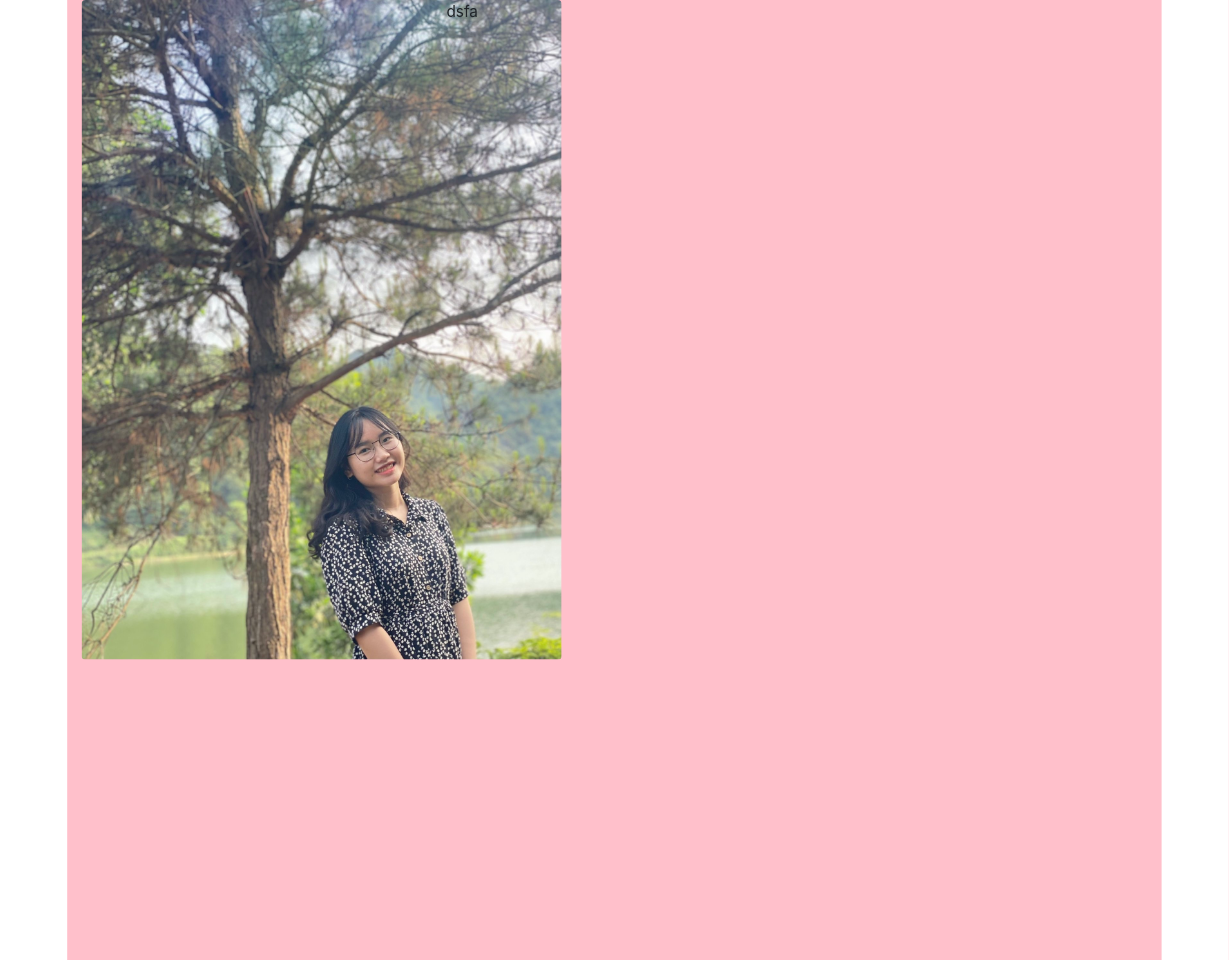
Repository: huyennvo/CSS
Page: CV/index.html
An editor plug-in stored every save of this project. The page is shown before and after the next save, followed by the edit.
The browser window is 1280 px wide. The pictures show the whole page, at 96% of full size.

Above is the page before, as saved 2022-07-18 14:37:31.

After the next save:
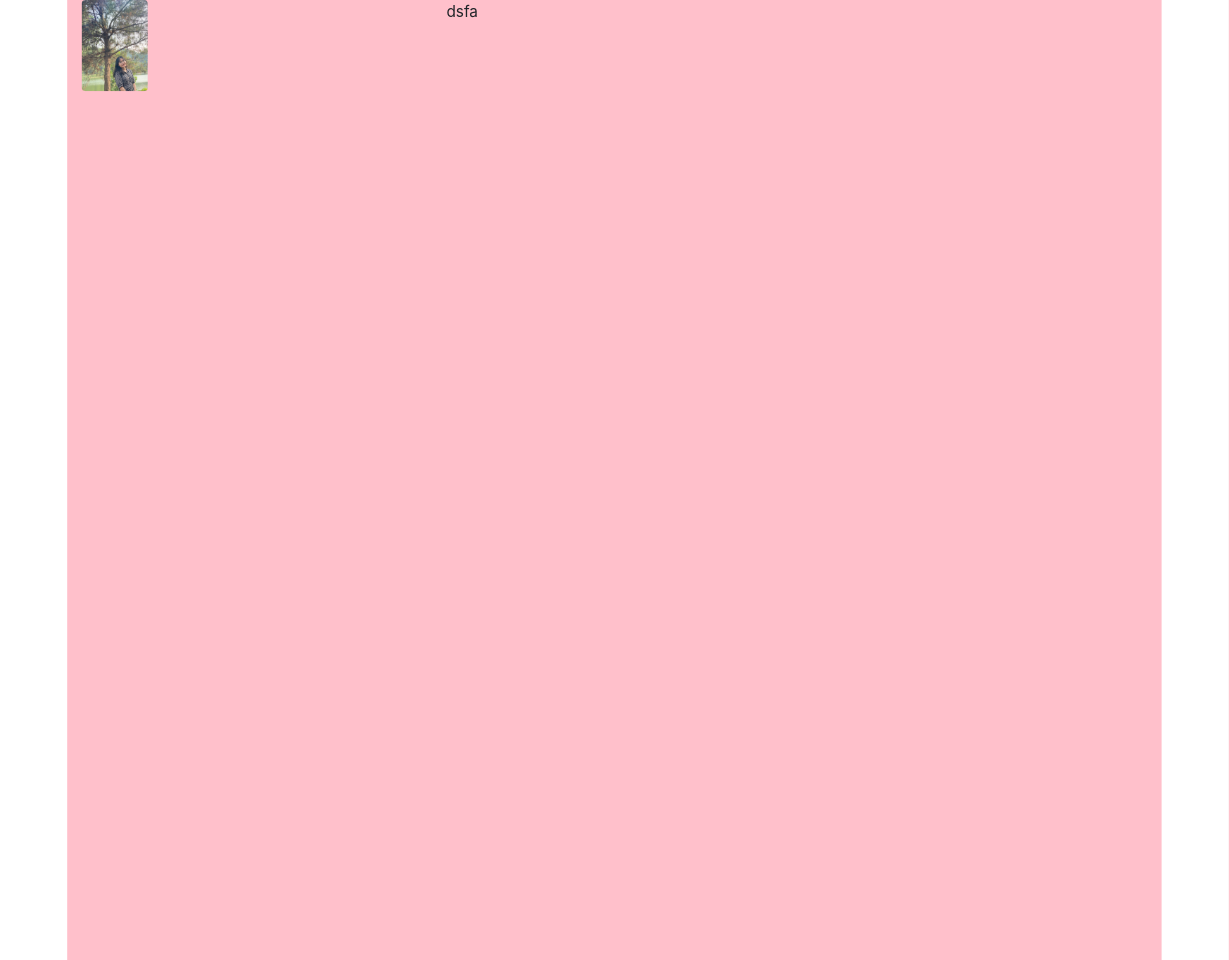
Saved 22 s later.
--- a/CV/style.css
+++ b/CV/style.css
@@ -10,7 +10,11 @@
 }
 
 img {
-    max-width:500px;
+    display: block;
+    max-width:230px;
+    max-height:95px;
+    width: auto;
+    height: auto;
   }
 .left {
 
